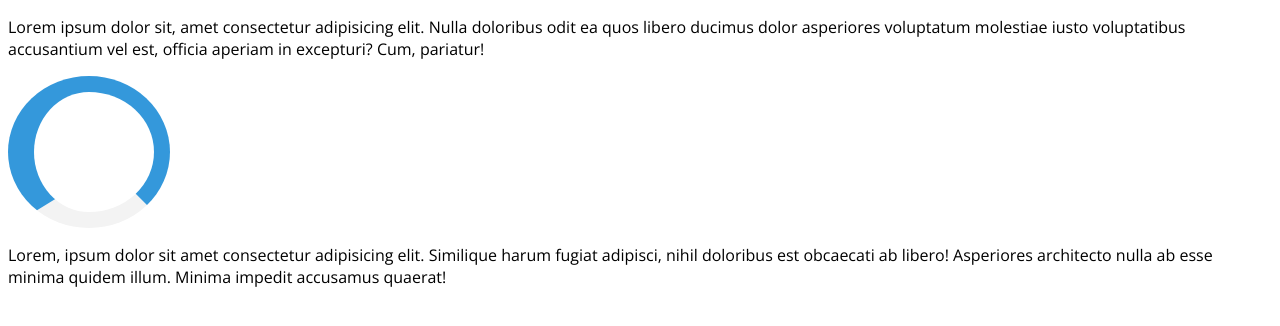
Repository: nguyenduong12345/EcommerceWebsite-productpage
Page: index.html
An editor plug-in stored every save of this project. The page is shown before and after the next save, followed by the edit.
The browser window is 1280 px wide. The pictures show the whole page.
The style sheet was rebuilt from its Sass, Less or Tailwind sources for each picture, by a compiler version that may differ from the author's.

Above is the page before, as saved 2022-12-07 00:28:23.

After the next save:
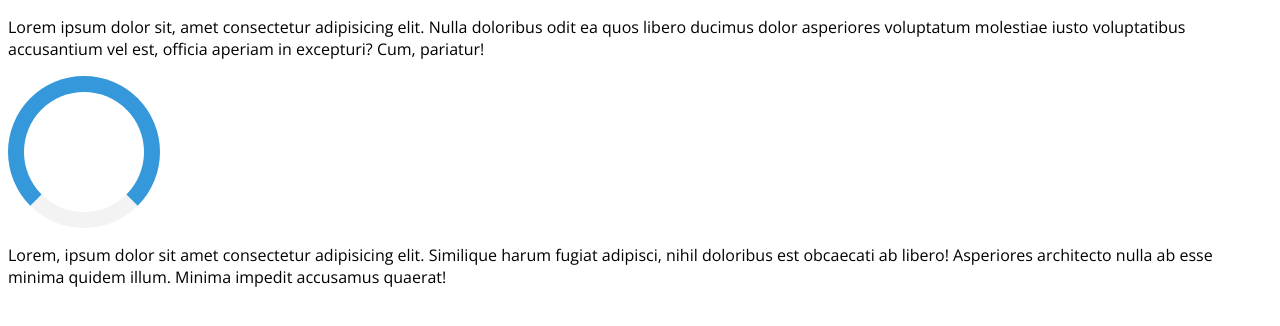
Saved 1 s later.
--- a/style.scss
+++ b/style.scss
@@ -6,7 +6,7 @@
   /* Light grey */
   border-top: 16px solid #3498db;
   border-right: 16px solid #3498db;
-  border-left: 26px solid #3498db;
+  border-left: 16px solid #3498db;
   /* Blue */
   border-radius: 50%;
   width: 120px;
